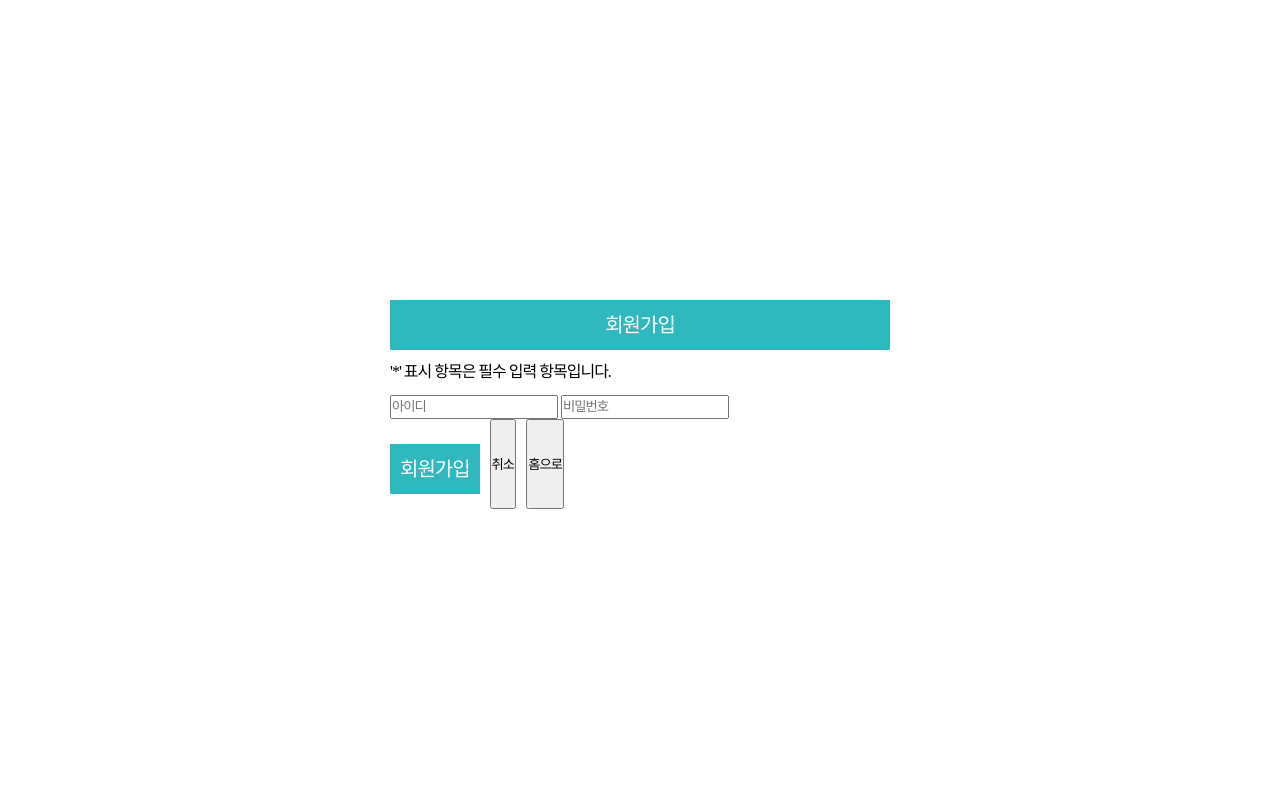
Repository: InhoKang92/jsp_1018
Page: http://localhost/Web_01/join.jsp
These files come from the project's save history. The page is drawn as it stood at one moment and after the next save; the edit follows.
The browser window is 1280 px wide. The pictures show the whole page.
Some web fonts or font styles are not loaded; a fallback is used. The page is served by Tomcat 9. Other server files are loaded and not shown.

Above is the page before, as saved 2024-10-16 02:03:26.

### Web_01/src/main/webapp/join.jsp
<%@ page language="java" contentType="text/html; charset=UTF-8"
pageEncoding="UTF-8"%>
<!DOCTYPE html>
<html>
<head>
<meta charset="UTF-8">

<link rel="stylesheet" href="css/reset.css">
<link rel="stylesheet" href="css/join.css">

<title>모던하우스 회원가입</title>
</head>
<body>


      <form method="post" name="frm">

        <div class="join_box">
            <div class="title_box">회원가입</div>
            <p class="mand">'*' 표시 항목은 필수 입력 항목입니다.</p>
            <div class="input_box">
                <input class="id_input" type="text" placeholder="아이디" name="userid">
                <input class="pw_input" type="password" placeholder="비밀번호" name="pwd">


            </div>
            <div class="button_box">
            	<input type="submit" class="join_btn" value="회원가입" onclick="return ">
            	<input type="reset" class="reset_btn" value="취소">
            	<input type="button" class="home_btn" value="홈으로" onclick="location.href='ModernServlet?command=mdh_index'">
            </div>


        </div>
      </form>

</body>
</html>

### Web_01/src/main/webapp/css/reset.css
@charset "utf-8";

@font-face {
    font-family: 'Pretendard-Regular';
    src: url('https://fastly.jsdelivr.net/gh/Project-Noonnu/noonfonts_2107@1.1/Pretendard-Regular.woff') format('woff');
    font-weight: 400;
    font-style: normal;
}

/* CSS 리셋 */
* {
    margin: 0;
    padding: 0;
    color: #000;
    list-style: none;
    text-decoration: none;
    box-sizing: border-box;
    line-height: 1.5;
    letter-spacing: -1px;
    font-family: 'Pretendard-Regular';
}

### Web_01/src/main/webapp/css/join.css
@charset "utf-8";

.join_box {
    width: 500px;
    margin: 300px auto;
}
.title_box {
    width: 100%;
    background-color: #2fb8bd;
    border: none;
    color: #fff;
    font-size: 20px;
    padding: 10px;
    text-align: center;
}
.mand {
	margin: 10px 0;
}


.button_box {
    display: flex;
    gap: 10px;
    width: 500px;

}
.join_btn {
	text-align: center;
	background-color: #2fb8bd;
    border: none;
    color: #fff;
    font-size: 20px;
    padding: 10px;
    margin-top: 25px;
    margin-bottom: 15px;
    cursor: pointer;
}

After the next save:
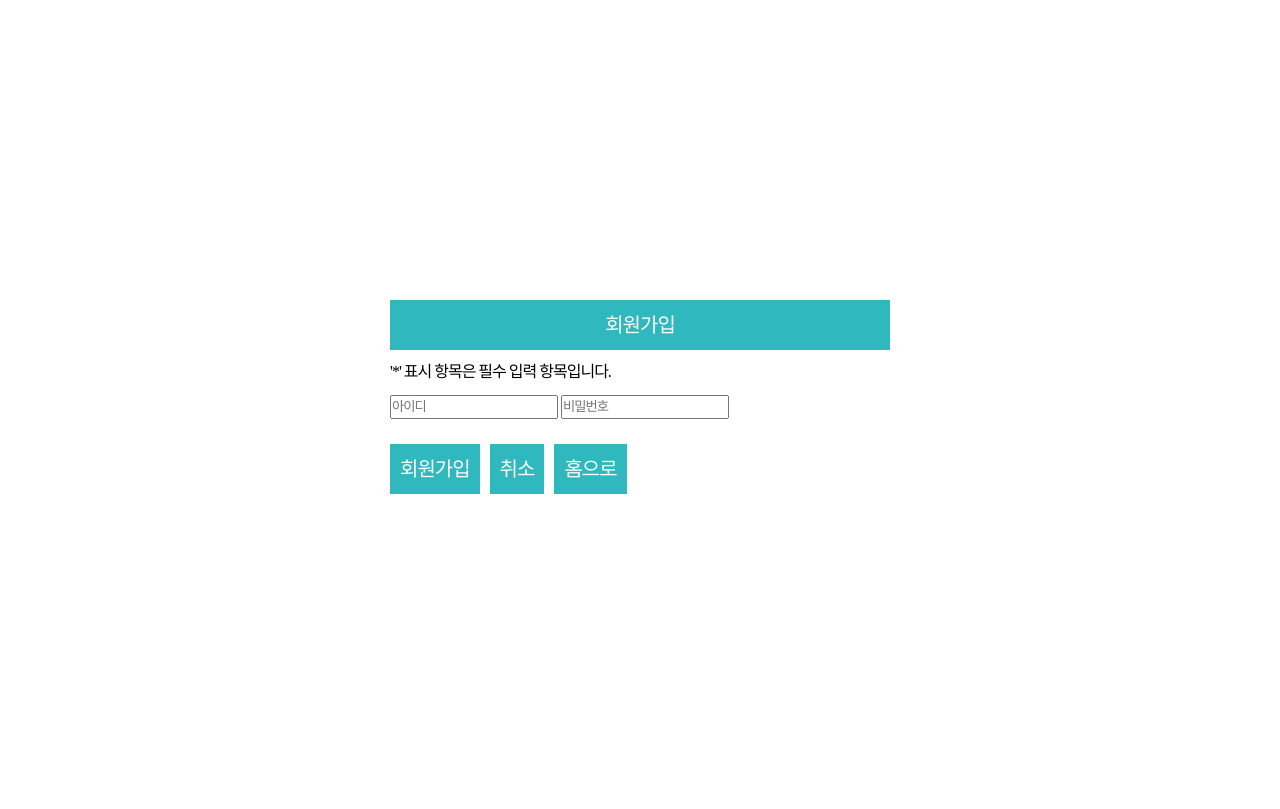
Saved 18 s later.
--- a/Web_01/src/main/webapp/css/join.css
+++ b/Web_01/src/main/webapp/css/join.css
@@ -35,3 +35,27 @@
     margin-bottom: 15px;
     cursor: pointer;
 }
+
+.reset_btn {
+	text-align: center;
+	background-color: #2fb8bd;
+    border: none;
+    color: #fff;
+    font-size: 20px;
+    padding: 10px;
+    margin-top: 25px;
+    margin-bottom: 15px;
+    cursor: pointer;
+}
+
+.home_btn {
+	text-align: center;
+	background-color: #2fb8bd;
+    border: none;
+    color: #fff;
+    font-size: 20px;
+    padding: 10px;
+    margin-top: 25px;
+    margin-bottom: 15px;
+    cursor: pointer;
+}
